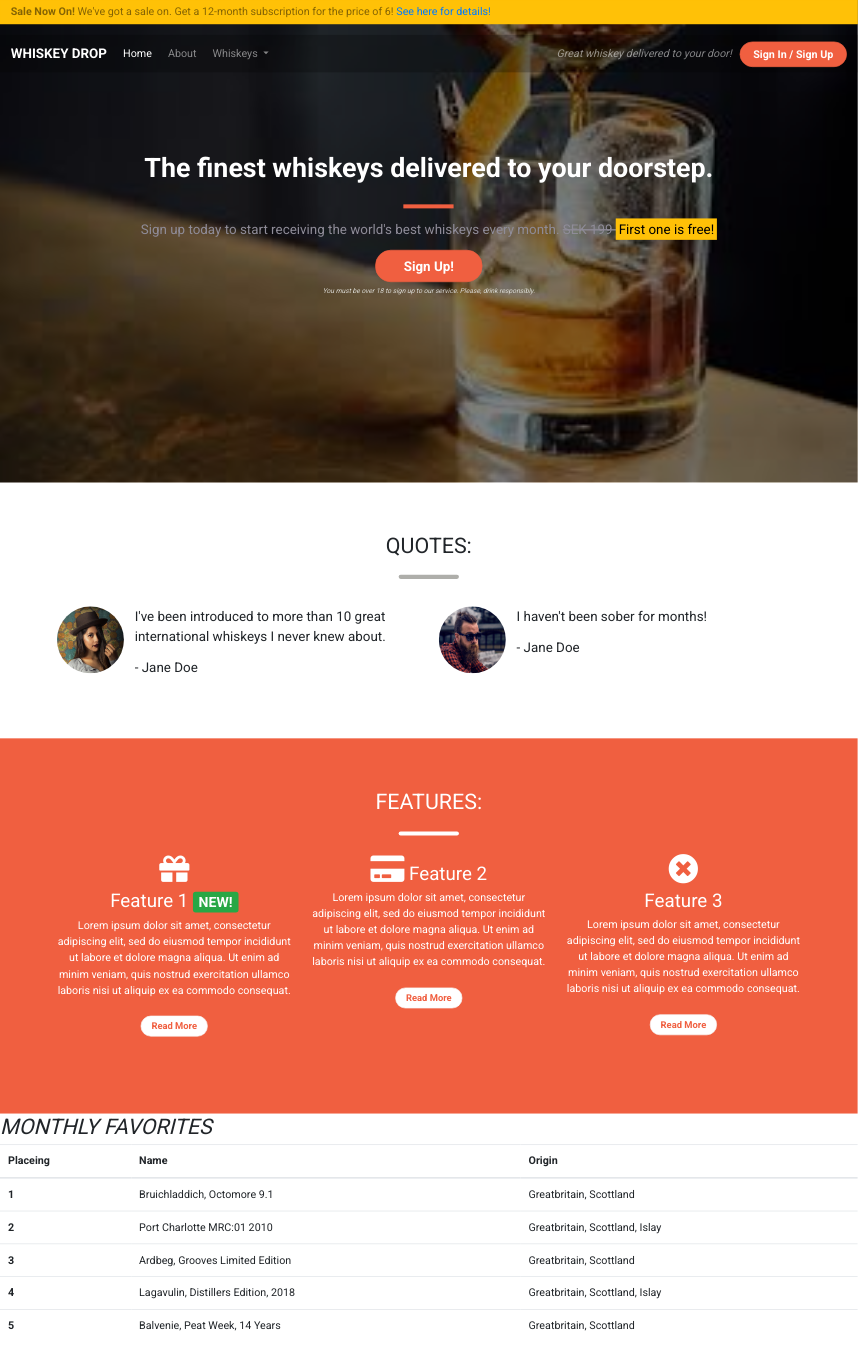
Repository: Jadehammar/Whiskey-drop
Page: index.html
The author's editor kept a record of every edit. The page is drawn from the files as they stood at one moment, then again after the next edit.
The browser window is 1280 px wide. The pictures show the whole page, at 67% of full size.
Backgrounds fixed to the window are drawn as part of the page. Some web libraries are served in a nearby version.

Above is the page before.

### index.html
<!DOCTYPE html>
<html lang="en-us">

<head>
    <meta charset="utf-8">
    <title>Whiskey Drop | Taste a new whiskey every month</title>
    <meta name="viewport" content="width=device-width, initial-scale=1.0">
    <link rel="stylesheet" href="https://maxcdn.bootstrapcdn.com/bootstrap/4.1.3/css/bootstrap.min.css">
    <link rel="stylesheet" href="https://use.fontawesome.com/releases/v5.6.1/css/all.css" integrity="sha384-gfdkjb5BdAXd+lj+gudLWI+BXq4IuLW5IT+brZEZsLFm++aCMlF1V92rMkPaX4PP" crossorigin="anonymous">
    <link href="https://fonts.googleapis.com/css?family=Roboto:400,700" rel="stylesheet">
    <link rel="stylesheet" href="css/style.css" type="text/css" />
</head>

<body>
    <div class="container-fluid navalert-container">
        <div class="container-fluid alert-container">
            <div class="row d-none d-sm-block">
                <div class="col-12">
                    <div class="site-wide-alert alert alert-warning">
                        <strong>Sale Now On!</strong> We've got a sale on. Get a 12-month subscription for the price of 6! <a href="">See here for details!</a>
                    </div>
                </div>
            </div>
        </div>
        <nav class="navbar navbar-dark navbar-expand-sm">
            <a href="/" class="navbar-brand">Whiskey Drop</a>

            <button class="navbar-toggler ml-auto" type="button" data-toggle="collapse" data-target="#navbarNavDropdown" aria-controls="navbarNavDropdown" aria-expanded="false" aria-label="Toggle navigation">
        <span class="navbar-toggler-icon"></span></button>

            <div class="collapse navbar-collapse" id="navbarNavDropdown">
                <ul class="navbar-nav mr-auto">
                    <li class="active nav-item mr-2"><a class="nav-link" href="/">Home</a></li>
                    <li class="nav-item mr-2"><a class="nav-link" href="/about">About</a></li>
                    <li class="nav-item dropdown">
                        <a class="nav-link dropdown-toggle" href="#" id="navbarDropdownMenuLink" role="button" data-toggle="dropdown" aria-haspopup="true" aria-expanded="false">
          Whiskeys
        </a>
                        <div class="dropdown-menu" aria-labelledby="navbarDropdownMenuLink">
                            <a class="dropdown-item" href="#">Irish</a>
                            <a class="dropdown-item" href="#">Scotch</a>
                            <a class="dropdown-item" href="#">Japanese</a>
                            <a class="dropdown-item" href="#">American</a>
                        </div>
                    </li>

                    <li class="nav-item mr-2 d-block d-sm-none"><a class="nav-link" href="/login">Sign In / Sign Up</a></li>
                </ul>
            </div>
            <div class="d-none d-md-block">
                <p class="navbar-text my-auto mr-2"><i>Great whiskey delivered to your door!</i></p>
                <a href="/login" class="btn btn--cta btn--red">Sign In / Sign Up</a>
            </div>
        </nav>
    </div>
    <div class="container-fluid callout-container">
        <!-- Callout -->
        <div class="opaque-overlay">&nbsp;</div>
        <div class="row">
            <div class="col-12">
                <section class="callout jumbotron text-center">
                    <h1 class="jumbotron-header">The finest whiskeys delivered to your doorstep.</h1>
                    <hr class="block-divider block-divider--orange">
                    <p class="lead">Sign up today to start receiving the world's best whiskeys every month.
                        <s class="d-none d-sm-inline">SEK 199 </s>
                        <span class="d-inline d-sm-none"><br></span>
                        <strong><mark>First one is free!</mark></strong></p>
                    <button class="btn btn-lg btn--cta btn--red" data-toggle="modal" data-target="#signUpModal">Sign Up!</button>
                    <p class="text-muted"><small>You must be over 18 to sign up to our service. Please, drink responsibly.</small></p>
                </section>
            </div>
        </div>
        <!-- /.callout -->
    </div>

    <!-- Quotes -->
    <div class="container-wrapper">
        <div class="container quotes-container content-container">
            <section class="quotes">
                <div class="row">
                    <div class="col-12 page-header">
                        <h2 class="text-uppercase">Quotes:</h2>
                        <hr class="block-divider block-divider--short">
                    </div>
                </div>
                <div class="row">
                    <div class="col-12 col-md-6">
                        <div class="media">
                            <div class="d-none d-sm-block">
                                <img src="images/girl-image.png" class="rounded-circle mr-3" height=100 width=100>
                            </div>
                            <div class="media-body">
                                <blockquote class="blockquote">
                                    <p>I've been introduced to more than 10 great international whiskeys I never knew about.</p>
                                    <p>- Jane Doe</p>
                                </blockquote>
                            </div>
                        </div>
                    </div>
                    <div class="col-12 col-md-6">
                        <div class="media">
                            <div class="d-none d-sm-block">
                                <img src="images/guy-image.png" class="rounded-circle mr-3" height=100 width=100>
                            </div>
                            <div class="media-body">
                                <blockquote class="blockquote">
                                    <p>I haven't been sober for months!</p>
                                    <p>- Jane Doe</p>
                                </blockquote>
                            </div>
                        </div>
                    </div>
                </div>
            </section>
            <!-- /.quotes -->
        </div>
    </div>

    <!-- Features -->
    <div class="container-wrapper container-wrapper--red">
        <div class="container features-container content-container">
            <section class="features">
                <div class="row">
                    <div class="col-12 page-header">
                        <h2 class="text-uppercase">Features:</h2>
                        <hr class="block-divider block-divider--short block-divider--white">
                    </div>
                </div>
                <div class="row">
                    <div class="col-12 col-md-6 col-lg-4">
                        <div class="feature">
                            <h3><i class="fas fa-gift d-none d-sm-block"></i> Feature 1 <span class="badge badge-success">NEW!</span></h3>
                            <p>Lorem ipsum dolor sit amet, consectetur adipiscing elit, sed do eiusmod tempor incididunt ut labore et dolore magna aliqua. Ut enim ad minim veniam, quis nostrud exercitation ullamco laboris nisi ut aliquip ex ea commodo consequat.</p>
                            <p><a class="btn btn-sm btn-light btn-primary fn" href="">Read More</a></p>
                        </div>
                    </div>
                    <div class="col-12 col-md-6 col-lg-4">
                        <div class="feature">
                            <h3><i class="fas fa-credit-card d-none d-sm-inline"></i> Feature 2</h3>
                            <p>Lorem ipsum dolor sit amet, consectetur adipiscing elit, sed do eiusmod tempor incididunt ut labore et dolore magna aliqua. Ut enim ad minim veniam, quis nostrud exercitation ullamco laboris nisi ut aliquip ex ea commodo consequat.</p>
                            <p><a class="btn btn-sm btn-light btn-primary fn" href="">Read More</a></p>
                        </div>
                    </div>
                    <div class="col-12 d-md-none d-lg-block col-lg-4">
                        <div class="feature">
                            <h3><i class="fas fa-times-circle d-none d-sm-block"></i> Feature 3</h3>
                            <p>Lorem ipsum dolor sit amet, consectetur adipiscing elit, sed do eiusmod tempor incididunt ut labore et dolore magna aliqua. Ut enim ad minim veniam, quis nostrud exercitation ullamco laboris nisi ut aliquip ex ea commodo consequat.</p>
                            <p><a class="btn btn-sm btn-light btn-primary fn" href="">Read More</a></p>
                        </div>
                    </div>
                </div>
            </section>
            <!-- /.features -->
        </div>
    </div>
    <!--table-->
    <section class="Favorites">
        <h2 class="text-uppercase font-italic">Monthly favorites</h2>
        <div class="Favorites">
            <table class="table table-hover">
                <thead>
                    <tr>
                        <th scope="col">Placeing</th>
                        <th scope="col">Name</th>
                        <th scope="col">Origin</th>
                    </tr>
                </thead>
                <tbody>
                    <tr>
                        <th scope="row">1</th>
                        <td>Bruichladdich, Octomore 9.1</td>
                        <td>Greatbritain, Scottland</td>
                    </tr>
                    <tr>
                        <th scope="row">2</th>
                        <td>Port Charlotte MRC:01 2010 </td>
                        <td>Greatbritain, Scottland, Islay</td>
                    </tr>
                    <tr>
                        <th scope="row">3</th>
                        <td>Ardbeg, Grooves Limited Edition</td>
                        <td>Greatbritain, Scottland</td>
                    </tr>
                    <tr>
                        <th scope="row">4</th>
                        <td>Lagavulin, Distillers Edition, 2018</td>
                        <td>Greatbritain, Scottland, Islay</td>
                    </tr>
                    <tr>
                        <th scope="row">5</th>
                        <td>Balvenie, Peat Week, 14 Years</td>
                        <td>Greatbritain, Scottland</td>
                    </tr>
                </tbody>
            </table>
        </div>
    </section>
    <!--table/.-->
    </div>

    <!--Modal-->

    <div class="modal" tabindex="-1" role="dialog" id="SignUpModal">
        <div class="modal-dialog" role="document">
            <div class="modal-content">
                <div class="modal-header">
                    <h5 class="modal-title">Sign Up to Whiskey drop!</h5>
                    <button type="button" class="close" data-dismiss="modal" aria-label="Close">
          <span aria-hidden="true">&times;</span>
        </button>
                </div>
                <div class="modal-body">
                    <form>
                        <div class="form-group">
                            <label for="exampleInputEmail1">Email address</label>
                            <input type="email" class="form-control" id="exampleInputEmail1" aria-describedby="emailHelp" placeholder="Enter email">
                            <small id="emailHelp" class="form-text text-muted">We'll never share your email with anyone else. Only sell it.</small>
                        </div>
                        <div class="form-group">
                            <label for="Password">Password</label>
                            <input type="password" class="form-control" id="Password" placeholder="Password">
                        </div>
                        <div class="form-group">
                            <label for="RepeatPassword">Repeat Password</label>
                            <input type="password" class="form-control" id="RepeatPassword" placeholder="Repeat Password">
                        </div>
                        <button type="submit" class="btn btn-success">Submit</button>
                    </form>
                </div>
            </div>
        </div>
    </div>
    <script src="https://code.jquery.com/jquery-3.3.1.slim.min.js" integrity="sha384-q8i/X+965DzO0rT7abK41JStQIAqVgRVzpbzo5smXKp4YfRvH+8abtTE1Pi6jizo" crossorigin="anonymous"></script>
    <script src="https://cdnjs.cloudflare.com/ajax/libs/popper.js/1.14.7/umd/popper.min.js" integrity="sha384-UO2eT0CpHqdSJQ6hJty5KVphtPhzWj9WO1clHTMGa3JDZwrnQq4sF86dIHNDz0W1" crossorigin="anonymous"></script>
    <script src="https://stackpath.bootstrapcdn.com/bootstrap/4.3.1/js/bootstrap.min.js" integrity="sha384-JjSmVgyd0p3pXB1rRibZUAYoIIy6OrQ6VrjIEaFf/nJGzIxFDsf4x0xIM+B07jRM" crossorigin="anonymous"></script>
</body>

</html>

### css/style.css
body {
    font-family: 'Roboto', sans-serif;
}

.container-wrapper {

}

.container-wrapper--red {
    background-color: #f05f40;
    color: white;
}

.mark,
mark {
    padding: .2em;
    background-color: #ffc107;
}

.alert-container .col-12 {
    padding-left: 0;
    padding-right: 0;
}

.site-wide-alert {
    border-radius: 0;
    padding: 5px 15px;
    color: #856404;
    background-color: #ffc107;
    border-color: #ffc107;
}

.callout-container {
    height: 100vh;
    background: url("../images/whiskey.jpg") no-repeat bottom right fixed;
    -webkit-background-size: cover;
    -moz-background-size: cover;
    -o-background-size: cover;
    background-size: cover;

    display: flex;
    align-items: center;
    justify-content: center;

    position: relative;
}

.quotes-container {}

.features-container {}

.opaque-overlay {
    position: absolute;
    top: 0;
    left: 0;
    height: 100%;
    width: 100%;
    background-color: rgba(0, 0, 0, 0.5);
}

/*Block-dividers*/

.block-divider {
    width: 75px;
    height: 6px;
    border: 0;
}

.block-divider--yellow {
    background-color: #f1ce19
}

.block-divider--orange {
    background-color: #f05f40;
}

.block-divider--short {
    height: 6px;
    border: 0px;
    margin-top: 25px;
    border-radius: 20px;
    width: 90px;
    background-color: #aeaeaa;
}

.block-divider--white {
    background-color: white;
    margin-top: 25px;
    border-radius: 20px;
    width: 90px;
    margin-bottom: 40px;
}

/*Content containers*/

.content-container {
    padding-bottom: 75px;
    padding-top: 75px;
}


/*jumbotron*/

.jumbotron {
    background-color: transparent;
}

.jumbotron small {
    font-size: 10px;
    font-style: italic;
    color: #dad9d3;
}

.jumbotron .lead {
    color: #8f8c98;

}

.jumbotron-header {
    color: white;
    font-weight: bold;
    margin-bottom: 30px;
}

/*navbar*/

.navalert-container {
    position: absolute;
    top: 0;
    left: 0;
    padding-left: 0;
    padding-right: 0;
    z-index: 1;
}

.navbar {
    margin-bottom: 0;
    border: 0;
    background-color: rgba(0, 0, 0, 0.25)
}

.navbar .navbar-toggler {
    border: 0;
}

.navbar-brand {
    text-transform: uppercase;
    font-weight: bold;
}

.navbar navbar-nav a {
    font-weight: bold;

}

/*Buttons*/

.btn--cta {
    font-weight: bold;
    border-radius: 23px;
    width: 160px;
}

.btn--red {
    color: white;
    background-color: #f05f40;
    border-color: #f05f40;
}

.btn-warning {
    color: #212529;
    background-color: #ffc107;
    border-color: #ffc107;
}

.btn-primary.fn:hover {
    margin-left: 0px;
    background-color: green;
    transition: color .5s ease,background-color .5s ease-out;
    transition: border .5s ease, background-color .5s ease-out;
    text-transform: none;
    border: 1px;
    color: #ffffff;
}

/*page-headers*/

.page-header {
    margin-bottom: 0;
    border-bottom: 0;
    text-align: center;
}

.page-header h2 {
    margin-top: 0;
}

.quotes .page-header {
    margin-bottom: 25px;
}

.feature {
    text-align: center;
    margin-bottom: 40px;
}

.feature i {
    margin-bottom: 20px;
    font-size: 45px;
    line-height: 20px;
}

.feature .btn {
    background-color: white;
    border-radius: 15px;
    min-width: 100px;
    font-weight: bold;
    margin-top: 10px;
    color: #f05f40;
}

After the next edit:
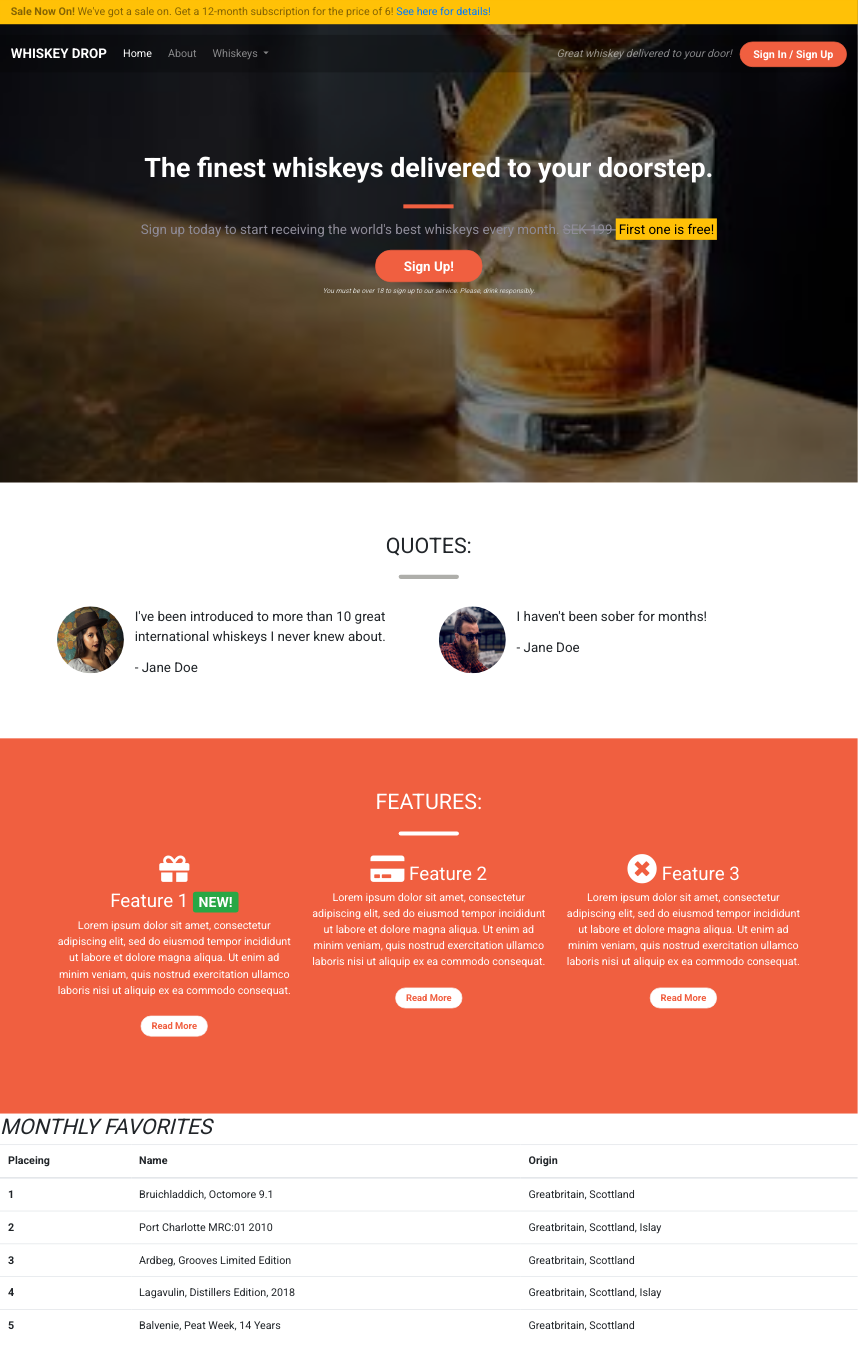
The edit:
--- a/index.html
+++ b/index.html
@@ -143,7 +143,7 @@
                     </div>
                     <div class="col-12 d-md-none d-lg-block col-lg-4">
                         <div class="feature">
-                            <h3><i class="fas fa-times-circle d-none d-sm-block"></i> Feature 3</h3>
+                            <h3><i class="fas fa-times-circle d-none d-sm-inline"></i> Feature 3</h3>
                             <p>Lorem ipsum dolor sit amet, consectetur adipiscing elit, sed do eiusmod tempor incididunt ut labore et dolore magna aliqua. Ut enim ad minim veniam, quis nostrud exercitation ullamco laboris nisi ut aliquip ex ea commodo consequat.</p>
                             <p><a class="btn btn-sm btn-light btn-primary fn" href="">Read More</a></p>
                         </div>
